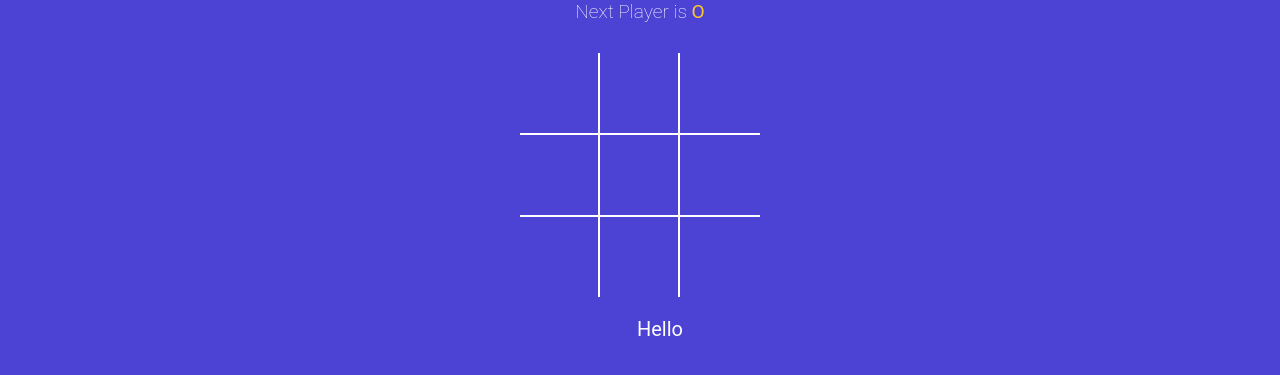
Repository: NoobAjay/tictactoe-game
Page: /
The author's editor kept a copy of each file at every save. The page is drawn from the files as they stood at one save, then again after the next save.
The browser window is 1280 px wide. The pictures show the whole page.
The project was rebuilt for these pictures with package versions that can differ from the ones it lists, and the page was loaded fresh each time. Also part of the build but not shown: vite.config.js.

Above is the page before, as saved 2023-03-22 13:39:45.

After the next save:
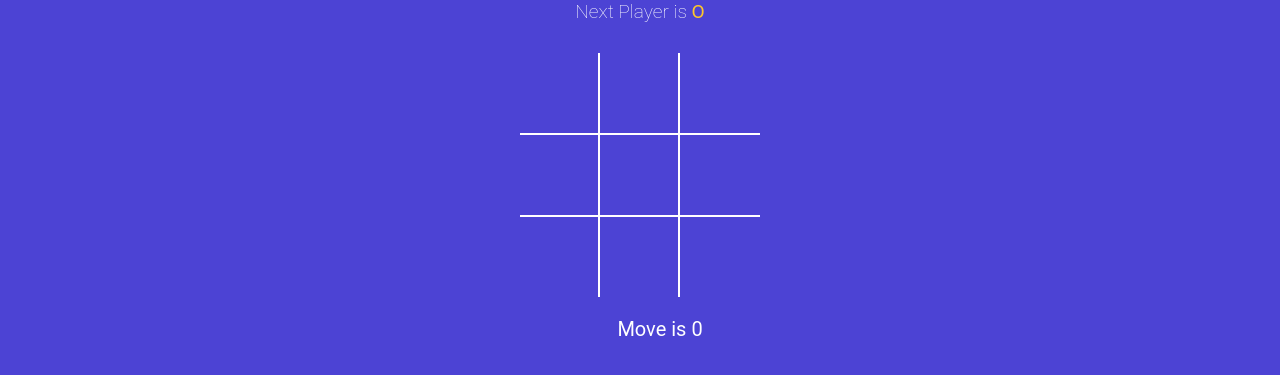
Saved 3 min 22 s later.
--- a/src/components/History.jsx
+++ b/src/components/History.jsx
@@ -5,7 +5,7 @@ const History = ({ history }) => {
     <div>
       <ul>
         {history.map((_, index) => (
-          <div key={index}>Hello</div>
+          <div key={index}>Move is {index}</div>
         ))}
       </ul>
     </div>
